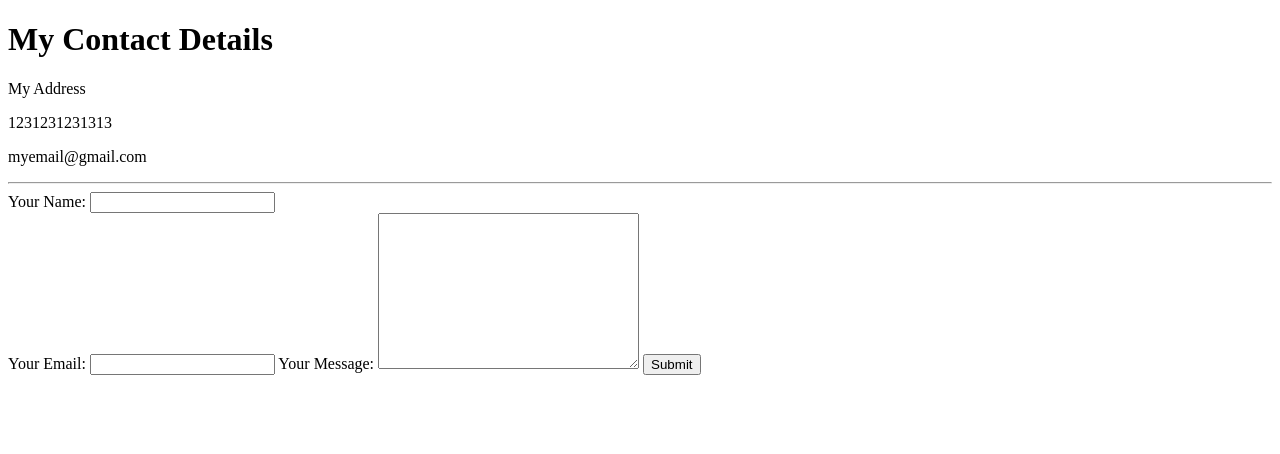
Repository: Isanderr/simple_landing_page-1
Page: contact.html
These files come from the project's save history. The page is drawn as it stood at one moment and after the next save; the edit follows.
The browser window is 1280 px wide. The pictures show the whole page.

Above is the page before, as saved 2019-01-29 09:48:45.

After the next save:
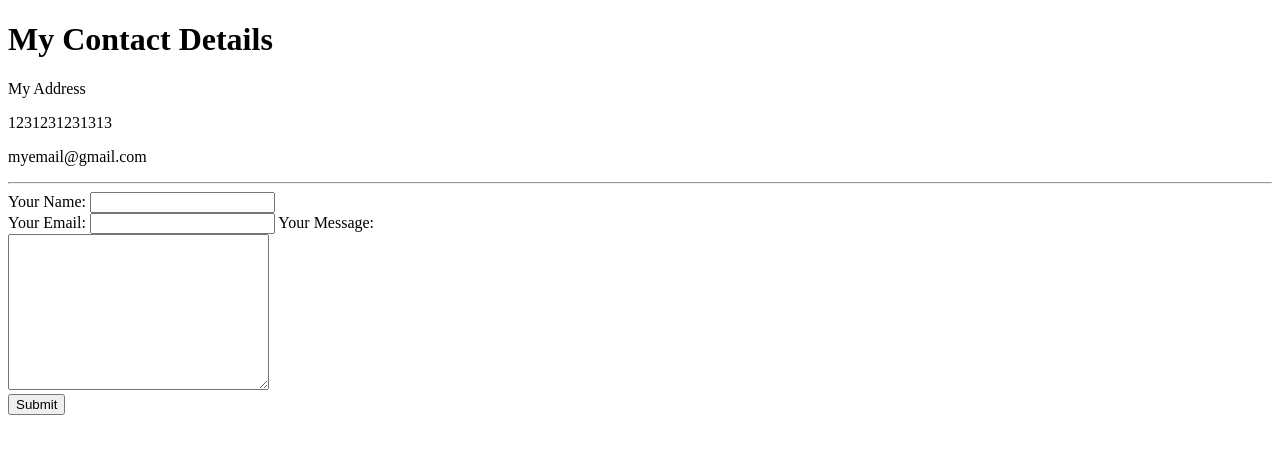
Saved 59 s later.
--- a/contact.html
+++ b/contact.html
@@ -19,8 +19,8 @@
             <input type="text"><br>
             <label for="">Your Email:</label>
             <input type="email">
-            <label for="">Your Message:</label>
-            <textarea name="" id="" cols="30" rows="10"></textarea>
+            <label for="">Your Message:</label><br>
+            <textarea name="" id="" cols="30" rows="10"></textarea><br>
             <input type="submit">
         </form>
     </body>
